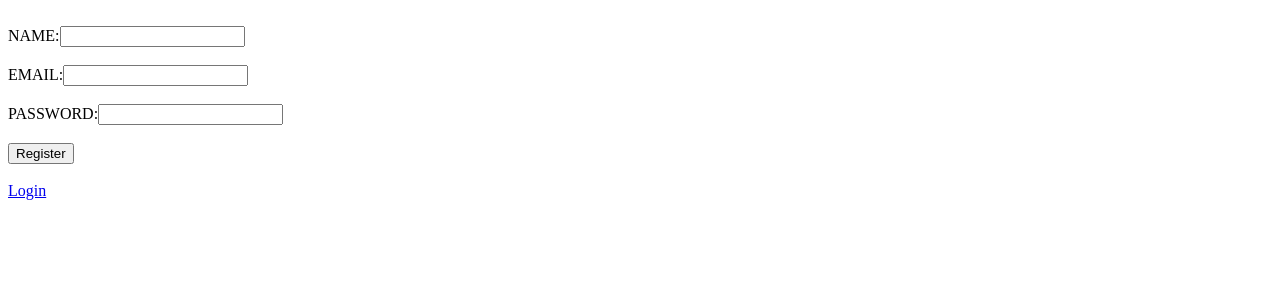
Repository: Ranjithamshivamatta/Java
Page: LoginRegistration1/WebContent/Register.html
These files come from the project's save history. The page is drawn as it stood at one moment and after the next save; the edit follows.
The browser window is 1280 px wide. The pictures show the whole page.

Above is the page before, as saved 2019-04-26 05:49:51.

After the next save:
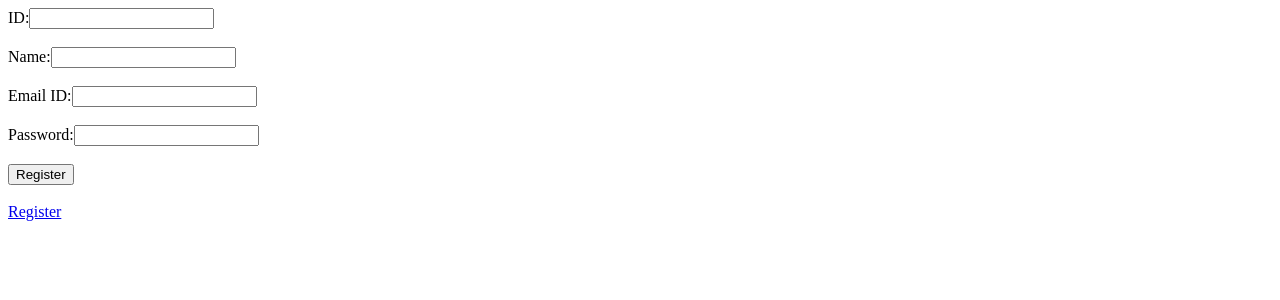
Saved 24 s later.
--- a/LoginRegistration1/WebContent/Register.html
+++ b/LoginRegistration1/WebContent/Register.html
@@ -1,16 +1,17 @@
 <!DOCTYPE html>
 <html>
 <head>
-<meta charset="ISO-8859-1">
-<title>Welcome</title>
+<meta charset="UTF-8">
+<title>lOGIN PAGE</title>
 </head>
 <body>
-<form method="post" action="register">
-		<br /> NAME:<input type="text" name="username" /><br />
-		<br /> EMAIL:<input type="text" name="email" /><br />
-		<br /> PASSWORD:<input type="password" name="password" /><br />
+	<form method="post" action="register">
+		ID:<input type="text" name="id" /><br />
+		<br /> Name:<input type="text" name="name" /><br />
+		<br /> Email ID:<input type="text" name="email" /><br />
+		<br /> Password:<input type="password" name="password" /><br />
 		<br /> <input type="submit" value="Register" /><br />
-		<br /> <a href="Login.html">Login</a>
+		<br /> <a href="Login.jsp">Register</a>
 	</form>
 </body>
 </html>
